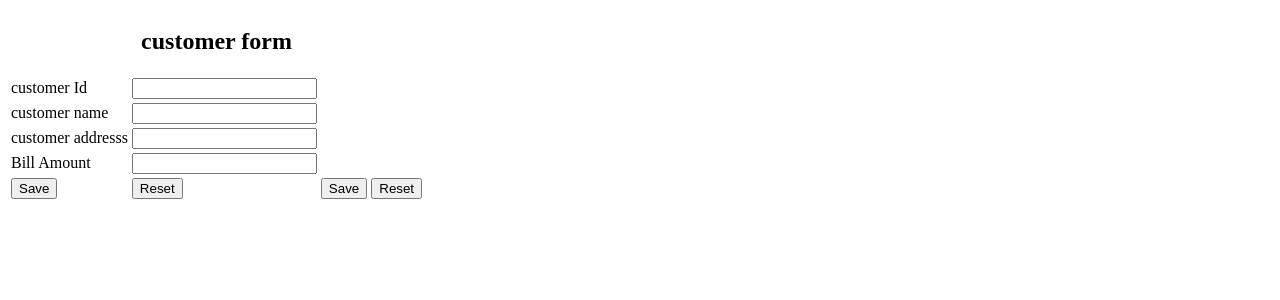
Repository: theplaygod97/Deloitte
Page: Day 16/SpringMVCDemo1/WebContent/Customer Form.html
These files come from the project's save history. The page is drawn as it stood at one moment and after the next save; the edit follows.
The browser window is 1280 px wide. The pictures show the whole page.

Above is the page before, as saved 2020-01-13 11:01:02.

After the next save:
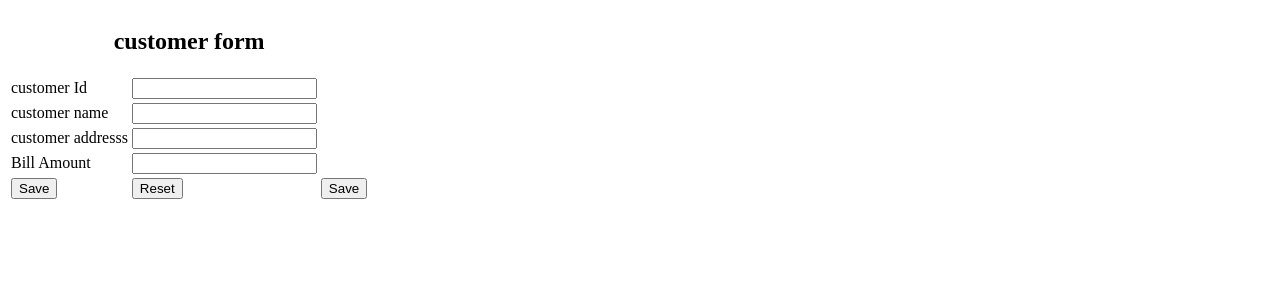
Saved 72 s later.
--- a/Day 16/SpringMVCDemo1/WebContent/Customer Form.html
+++ b/Day 16/SpringMVCDemo1/WebContent/Customer Form.html
@@ -24,7 +24,7 @@
 
 <tr><td><input type="submit" value="Save"></td><td><input type="reset" value="Reset" /></td>
 
-<td><input type="submit" value="Save" formaction="updateCustomer.do"></td><td><input type="reset" value="Reset" /></td></tr>
+<td><input type="submit" value="Save" formaction="updateCustomer.do"></td></tr>
 
 </table>
 </form>
